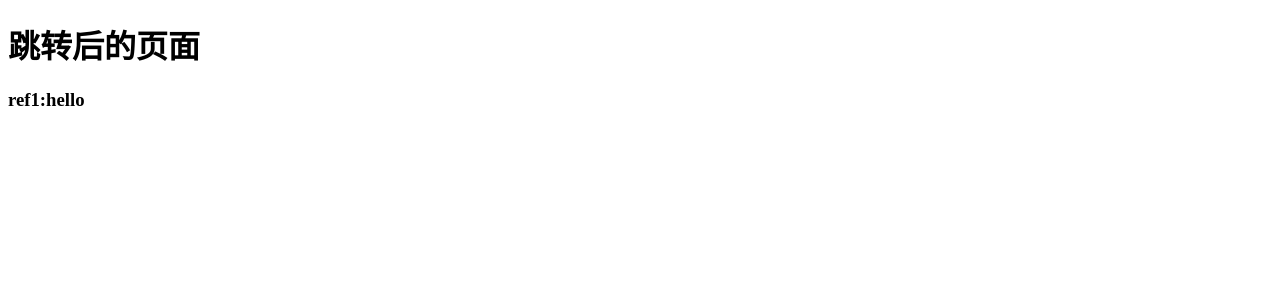
Repository: frankstar007/java
Page: http://localhost/Servlet_Study/forwardDemo3.jsp
The author's editor kept a copy of each file at every save. The page is drawn from the files as they stood at one save, then again after the next save.
The browser window is 1280 px wide. The pictures show the whole page.
The page is served by Tomcat 9. Nobody is signed in. The application's start-up code is not run.

Above is the page before, as saved 2016-05-03 10:08:16.

After the next save:
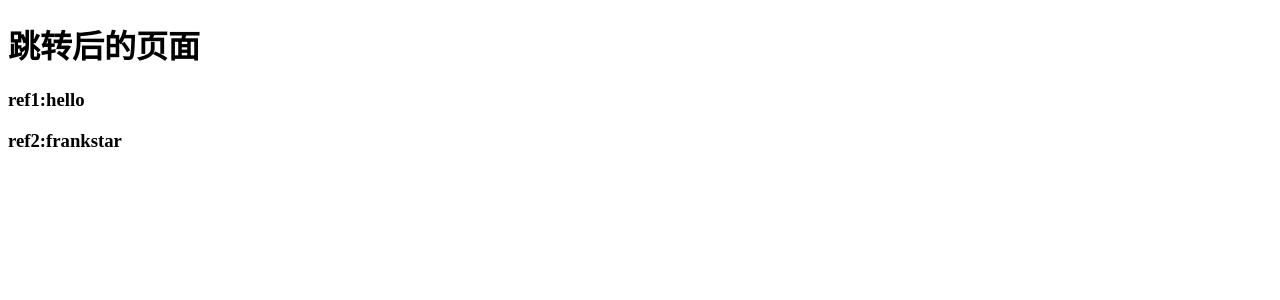
Saved 18 s later.
--- a/Servlet_Study/WebContent/forwardDemo4.jsp
+++ b/Servlet_Study/WebContent/forwardDemo4.jsp
@@ -9,5 +9,6 @@
 <body>
 	<h1>跳转后的页面</h1>
 	<h3>ref1:<%=request.getParameter("ref1") %></h3>
+	<h3>ref2:<%=request.getParameter("ref2") %></h3>
 </body>
 </html>
